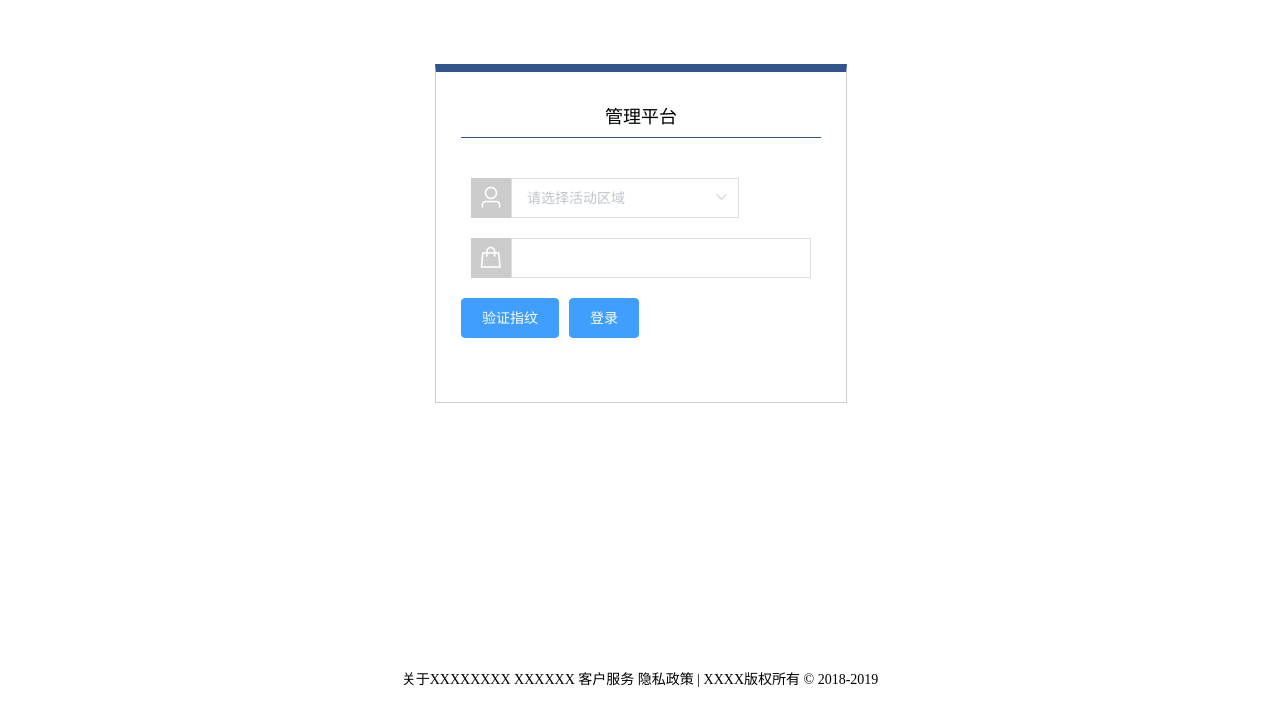
Repository: lff528/man_system
Page: /
The author's editor kept a copy of each file at every save. The page is drawn from the files as they stood at one save, then again after the next save.
The browser window is 1280 px wide. The pictures show the whole page.
The project was rebuilt for these pictures with package versions that can differ from the ones it lists, and the page was loaded fresh each time.

Above is the page before, as saved 2020-01-03 13:38:57.

After the next save:
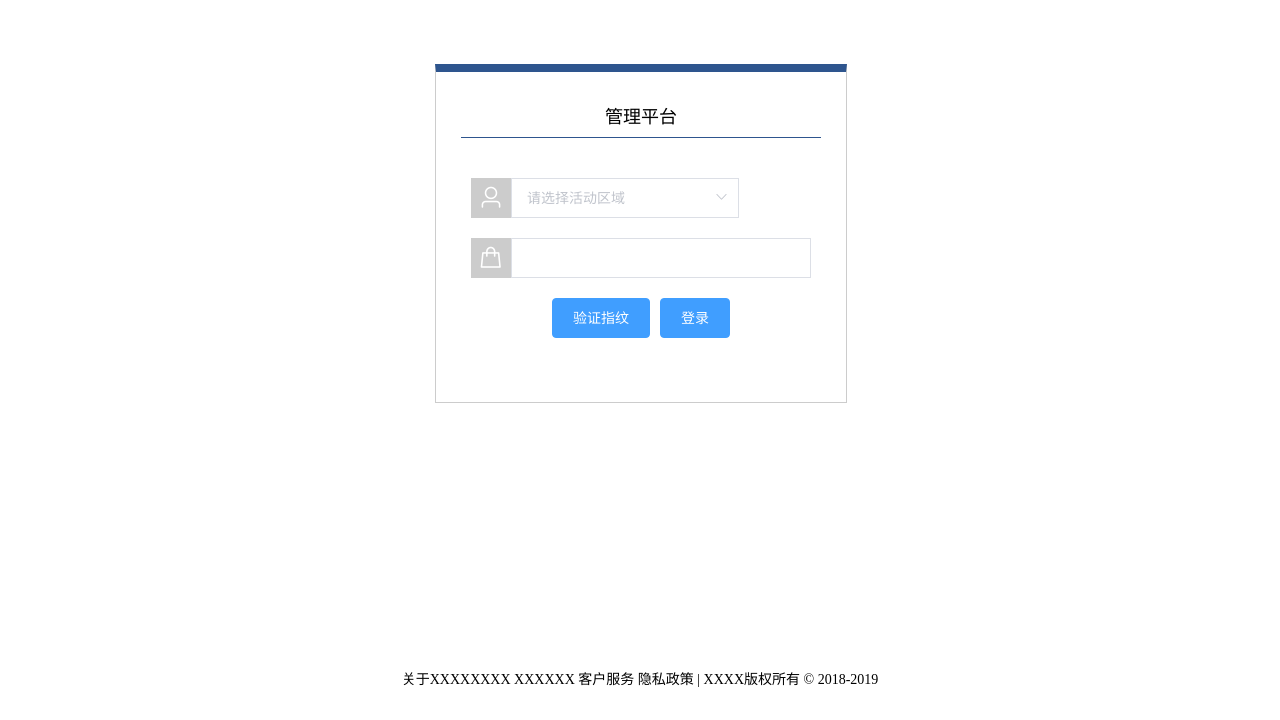
Saved 45 s later.
--- a/src/components/login/index.vue
+++ b/src/components/login/index.vue
@@ -106,6 +106,10 @@ export default {
               margin-left: 10px;
               margin-right: 10px;
             }
+            p:last-child{
+              display: flex;
+              justify-content: center;
+            }
           }
         }
       }
